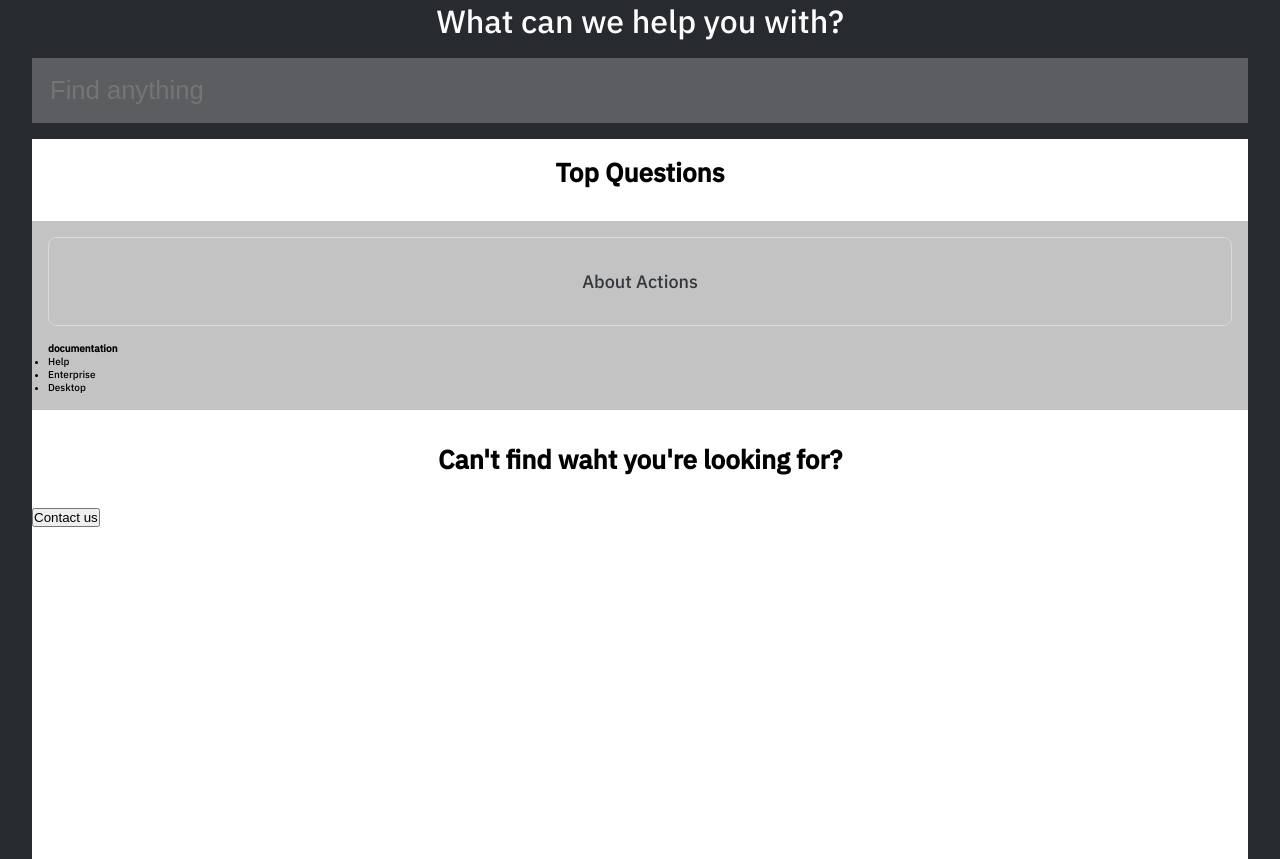
Repository: Hcmwebs/Help-Center-UI-
Page: index.html
The author's editor kept a copy of each file at every save. The page is drawn from the files as they stood at one save, then again after the next save.
The browser window is 1280 px wide. The pictures show the whole page.
The style sheet was rebuilt from its Sass, Less or Tailwind sources for each picture, by a compiler version that may differ from the author's.

Above is the page before, as saved 2020-08-25 23:30:58.

After the next save:
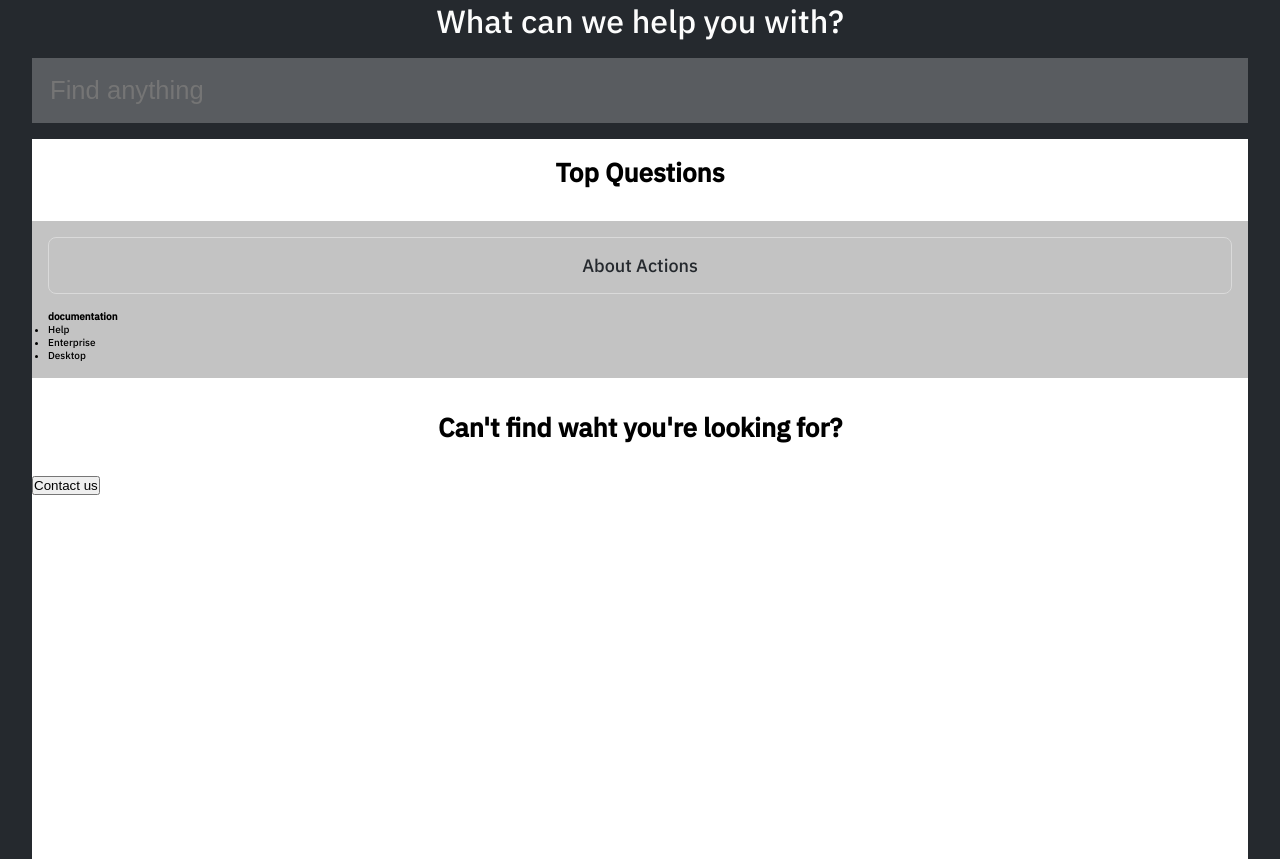
Saved 3 min 28 s later.
--- a/scss/styles.scss
+++ b/scss/styles.scss
@@ -1,6 +1,6 @@
 @import url('https://fonts.googleapis.com/css2?family=IBM+Plex+Sans:wght@300;500&display=swap');
 $font-stack:'IBM Plex Sans', sans-serif;
-$bg-color:rgba(37,41,46,0.9);
+$bg-color:rgba(37,41,46,1.0);
 $primary-color:rgba(255,255,255,0.99);
 $border-color:rgba(218,218,218,1);
 
@@ -81,8 +81,7 @@ header{
 
             h3{
                 font-size: 18px;
-                font-weight: 500;
-                padding: 1rem 0;
+                font-weight: normal;
                 text-align: center;
                 color:$bg-color;
 
